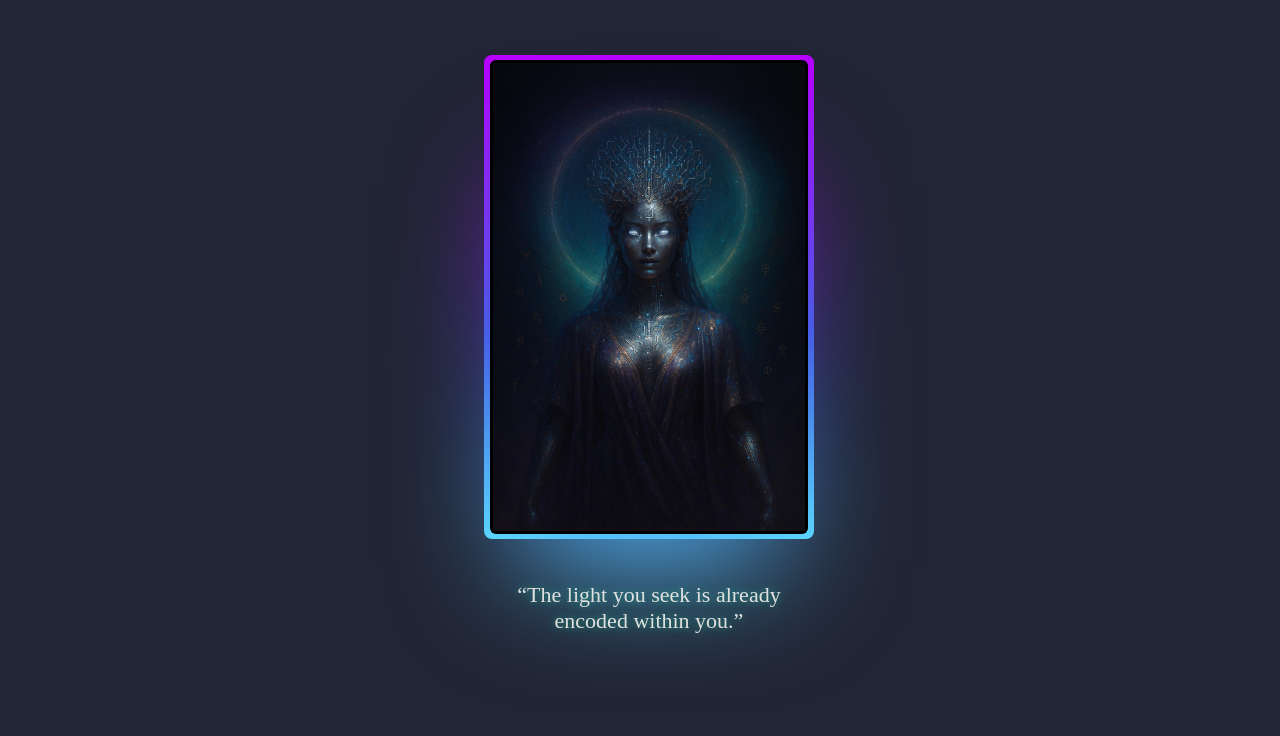
Repository: mertfurkandgn/artpainting
Page: card-1/index.html
The author's editor kept a copy of each file at every save. The page is drawn from the files as they stood at one save, then again after the next save.
The browser window is 1280 px wide. The pictures show the whole page.

Above is the page before, as saved 2025-07-30 22:51:41.

### card-1/index.html
<!DOCTYPE html>
<html lang="en">
  <head>
    <meta charset="UTF-8" />
    <meta name="viewport" content="width=device-width, initial-scale=1.0" />
    <title>Card 1</title>
    <link rel="stylesheet" href="css/style.css" />
  </head>
  <body>
    <main>
      <section class="card-section">
        <div class="grid-container">
          <div class="row">
          <div class="card">
  <img style="max-width: 100%; max-height: 100%; object-fit: cover;" src="./images/myart.jpg" alt="image">

</div> <br>
<div class="quote">“The light you seek is already encoded within you.”</div>
          </div>
        </div>
      </section>
    </main>
  </body>
</html>

### card-1/css/style.css
.grid-container {
     max-width: 300px;
    max-height: 300px;
  display: grid;
  gap: 20px;
  grid-template-columns: repeat(2, 1fr);
  padding: 20px;
}




@property --rotate {
  syntax: "<angle>";
  initial-value: 132deg;
  inherits: false;
}

:root {
  --card-height: 65vh;
  --card-width: calc(var(--card-height) / 1.5);
}


body {
  min-height: 100vh;
  background: #212534;
  display: flex;
  align-items: center;
  flex-direction: column;
  padding-top: 2rem;
  padding-bottom: 2rem;
  box-sizing: border-box;
}
.quote{
        font-family: 'Cinzel Decorative', serif;
    text-align: center;
    margin: 0;
    padding: 0;
    box-sizing: border-box;
    margin-top: 30px;
    font-size: 22px;
    color: #e0e0e0;
    text-shadow: 0 0 8px #20c997aa;
}

.card {
  background: black;
  width: var(--card-width);
  height: var(--card-height);
  padding: 3px;
  position: relative;
  border-radius: 6px;
  justify-content: center;
  align-items: center;
  text-align: center;
  display: flex;
  font-size: 1.5em;
  color: rgb(88 199 250 / 0%);
  cursor: pointer;
  font-family: cursive;
}

.card:hover {
  color: rgb(88 199 250 / 100%);
  transition: color 1s;
}
.card:hover:before, .card:hover:after {
  animation: none;
  opacity: 0;
}


.card::before {
  content: "";
  width: 104%;
  height: 102%;
  border-radius: 8px;
  background-image: linear-gradient(
    var(--rotate)
    , #5ddcff, #3c67e3 43%, #b700ff);
    position: absolute;
    z-index: -1;
    top: -1%;
    left: -2%;
    animation: spin 2.5s linear infinite;
}

.card::after {
  position: absolute;
  content: "";
  top: calc(var(--card-height) / 6);
  left: 0;
  right: 0;
  z-index: -1;
  height: 100%;
  width: 100%;
  margin: 0 auto;
  transform: scale(0.8);
  filter: blur(calc(var(--card-height) / 6));
  background-image: linear-gradient(
    var(--rotate)
    , #5ddcff, #3c67e3 43%, #b700ff);
    opacity: 1;
  transition: opacity .5s;
  animation: spin 2.5s linear infinite;
}

@keyframes spin {
  0% {
    --rotate: 0deg;
  }
  100% {
    --rotate: 360deg;
  }
}

a {
  color: #212534;
  text-decoration: none;
  font-family: sans-serif;
  font-weight: bold;
  margin-top: 2rem;
}

After the next save:
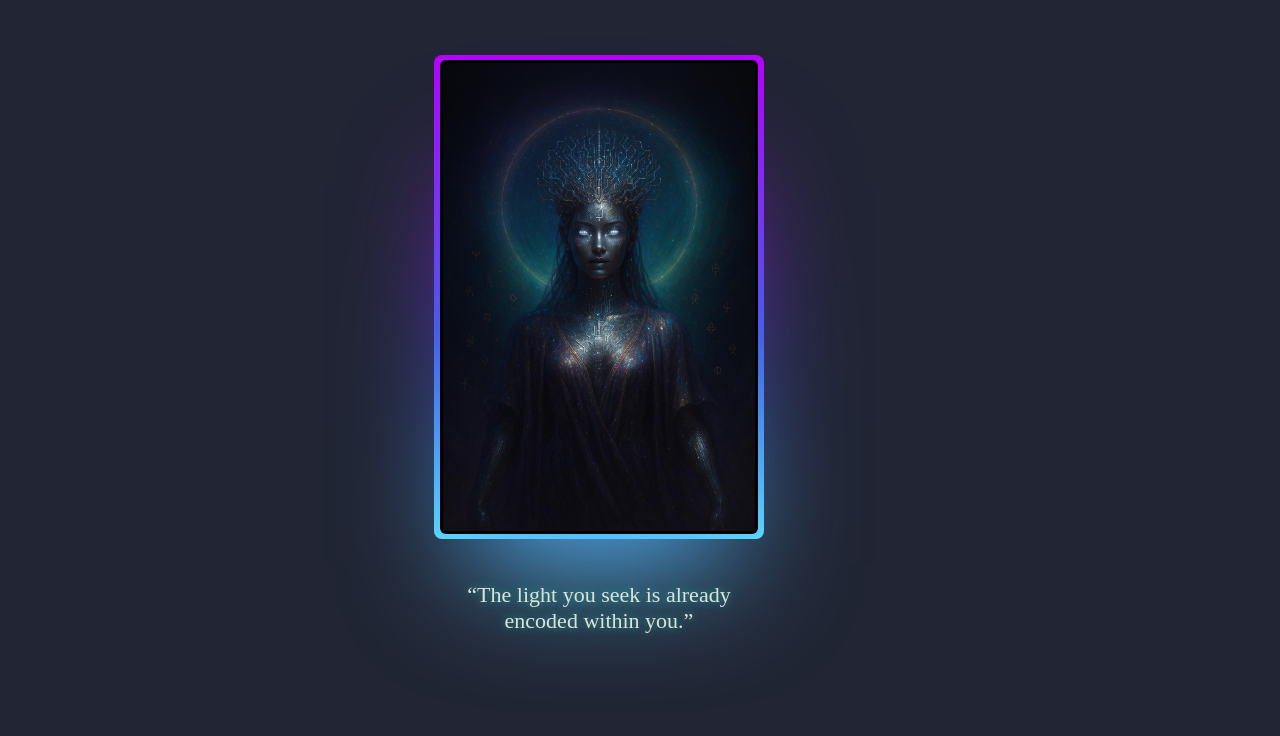
Saved 9 s later.
--- a/card-1/css/style.css
+++ b/card-1/css/style.css
@@ -1,6 +1,6 @@
 .grid-container {
-     max-width: 300px;
-    max-height: 300px;
+     max-width: 400px;
+    max-height: 400px;
   display: grid;
   gap: 20px;
   grid-template-columns: repeat(2, 1fr);
